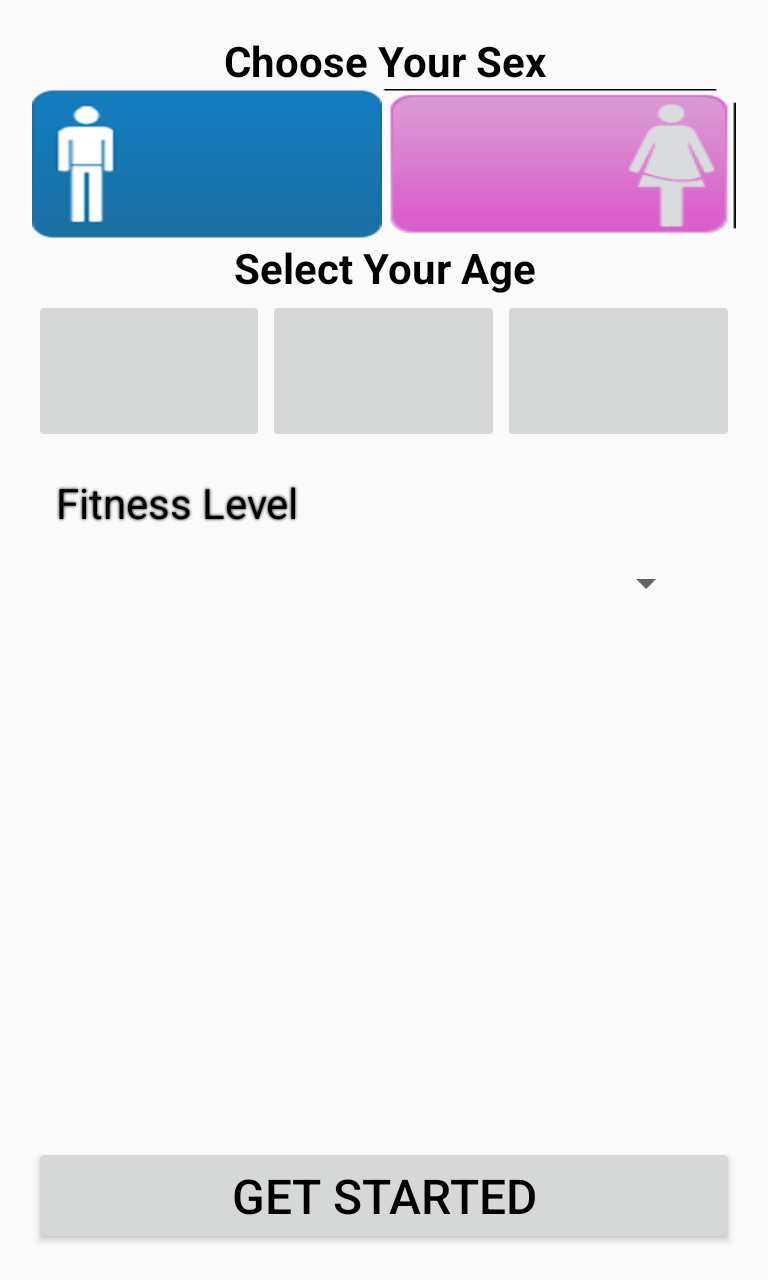
Repository: hackathon-2014/devdroid-repo
Layout: HealthyCompetition/res/layout/profile.xml
The author's editor kept a copy of each file at every save. The layout is drawn from the files as they stood at one save, then again after the next save.
It is drawn on a 768 x 1280 px phone screen (xhdpi) without system bars, with theme AppTheme; the app's code is not run.

Above is the layout before, as saved 2014-08-24 00:50:16.

### HealthyCompetition/res/layout/profile.xml
<RelativeLayout xmlns:android="http://schemas.android.com/apk/res/android"
    xmlns:tools="http://schemas.android.com/tools"
    android:layout_width="match_parent"
    android:layout_height="match_parent"
    android:orientation="vertical"
    android:paddingBottom="@dimen/activity_vertical_margin"
    android:paddingLeft="@dimen/activity_horizontal_margin"
    android:paddingRight="@dimen/activity_horizontal_margin"
    android:paddingTop="@dimen/activity_vertical_margin"
    tools:context="com.devdroid.healthycomptest.Profile" >

    <TextView
        android:id="@+id/sex_title"
        android:layout_width="match_parent"
        android:layout_height="wrap_content"
        android:layout_centerHorizontal="true"
        android:gravity="center"
        android:text="Choose Your Sex"
        android:textColor="@color/black"
        android:textSize="21sp"
        android:textStyle="bold" />

    <LinearLayout
        android:id="@+id/sex_strip"
        android:layout_width="fill_parent"
        android:layout_height="wrap_content"
        android:layout_below="@+id/sex_title"
        android:orientation="horizontal" >

        <ImageButton
            android:id="@+id/male_button"
            android:layout_width="wrap_content"
            android:layout_height="75dp"
            android:layout_weight="1"
            android:background="@drawable/male_button" />

        <ImageButton
            android:id="@+id/female_button"
            android:layout_width="wrap_content"
            android:layout_height="75dp"
            android:layout_weight="1"
            android:background="@drawable/female_button_inactive9" />
    </LinearLayout>

    <TextView
        android:id="@+id/age_title"
        android:layout_width="match_parent"
        android:layout_height="wrap_content"
        android:layout_below="@+id/sex_strip"
        android:layout_centerHorizontal="true"
        android:gravity="center"
        android:text="Select Your Age"
        android:textColor="@color/black"
        android:textSize="21sp"
        android:textStyle="bold" />

    <LinearLayout
        android:id="@+id/age_strip"
        android:layout_width="fill_parent"
        android:layout_height="wrap_content"
        android:layout_below="@+id/age_title"
        android:orientation="horizontal" >

        <ImageButton
            android:id="@+id/low_age_button"
            android:layout_width="wrap_content"
            android:layout_height="75dp"
            android:layout_weight="1" />

        <ImageButton
            android:id="@+id/mid_age_button"
            android:layout_width="wrap_content"
            android:layout_height="75dp"
            android:layout_weight="1" />

        <ImageButton
            android:id="@+id/high_age_button"
            android:layout_width="wrap_content"
            android:layout_height="75dp"
            android:layout_weight="1" />
    </LinearLayout>

   <LinearLayout
        android:id="@+id/fitnessLevelLayout"
        android:layout_width="match_parent"
        android:layout_height="wrap_content"
        android:layout_below="@+id/age_strip"
        android:layout_marginBottom="14dp"
        android:layout_marginLeft="12dp"
        android:layout_marginTop="14dp" >

        <TextView
            android:id="@+id/fitness_level"
            android:layout_width="wrap_content"
            android:layout_height="wrap_content"
            android:shadowColor="@color/black"
            android:shadowDx="0.0"
            android:shadowDy="0.0"
            android:shadowRadius="2.0"
            android:layout_gravity="center"
            android:text="Fitness Level"
            android:textColor="@color/black"
            android:textSize="21sp" />
    </LinearLayout>

    <Spinner
        android:id="@+id/fitnessSpinner"
        android:layout_width="match_parent"
        android:layout_height="wrap_content"
        android:layout_below="@+id/fitnessLevelLayout"
        android:layout_marginLeft="21dp"
        android:layout_marginRight="21dp"
        android:gravity="center"
        android:textSize="21sp" />

    <Button
        android:id="@+id/finalize_profile"
        android:layout_width="match_parent"
        android:layout_height="wrap_content"
        android:layout_alignParentBottom="true"
        android:text="Get Started"
        android:textColor="@color/black"
        android:textSize="24sp" />

</RelativeLayout>

### HealthyCompetition/res/values/color.xml
<?xml version="1.0" encoding="utf-8"?>
<resources>

    <color name="light_red">#C7282E</color>
    <color name="black">#000000</color>
    <color name="green">#00FF00</color>
    <color name="white">#FFFFFF</color>
    <color name="light_black">#101010</color>
    <color name="dark_gray">#303030</color>
    <color name="orange">#FFA114</color>
    <color name="dark_blue">#0F0CE8</color>
    <color name="med_blue">#007ACC</color>
    <color name="silver">#C2D6D6</color>
    <color name="gray">#999966</color>
    <color name="blue">#66FFFF</color>
    <color name="red">#FF0000</color>
    <color name="clear">#0000</color>
    <color name="clear_gray">#DD000000</color>

</resources>

Loaded but not shown: HealthyCompetition/res/values/styles.xml (common file); HealthyCompetition/res/values-v11/styles.xml (common file); HealthyCompetition/res/values-v14/styles.xml (common file); HealthyCompetition/res/values/dimens.xml (common file); HealthyCompetition/res/values-w820dp/dimens.xml (common file)

After the next save:
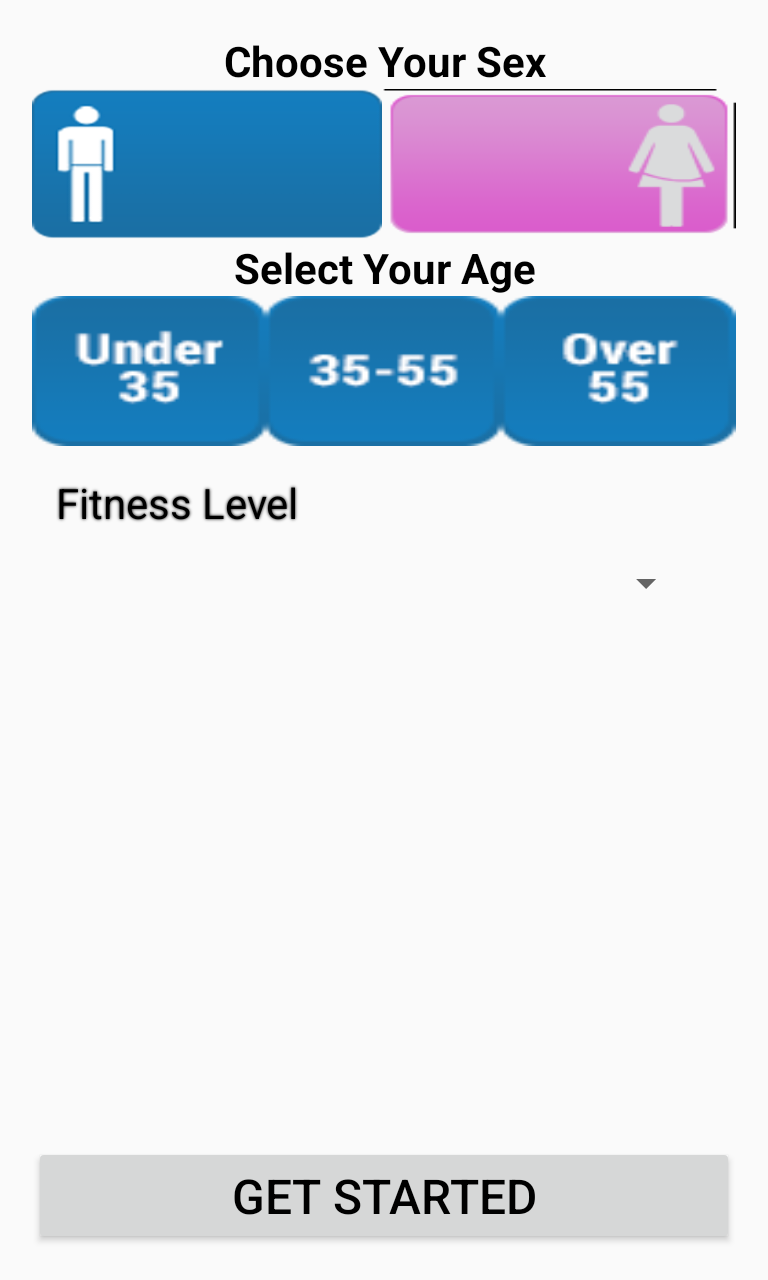
Saved 97 s later.
--- a/HealthyCompetition/res/layout/profile.xml
+++ b/HealthyCompetition/res/layout/profile.xml
@@ -65,19 +65,22 @@
             android:id="@+id/low_age_button"
             android:layout_width="wrap_content"
             android:layout_height="75dp"
-            android:layout_weight="1" />
+            android:layout_weight="1"
+            android:background="@drawable/under35selected" />
 
         <ImageButton
             android:id="@+id/mid_age_button"
             android:layout_width="wrap_content"
             android:layout_height="75dp"
-            android:layout_weight="1" />
+            android:layout_weight="1"
+            android:background="@drawable/to55selected"/>
 
         <ImageButton
             android:id="@+id/high_age_button"
             android:layout_width="wrap_content"
             android:layout_height="75dp"
-            android:layout_weight="1" />
+            android:layout_weight="1"
+            android:background="@drawable/over55selected" />
     </LinearLayout>
 
    <LinearLayout
